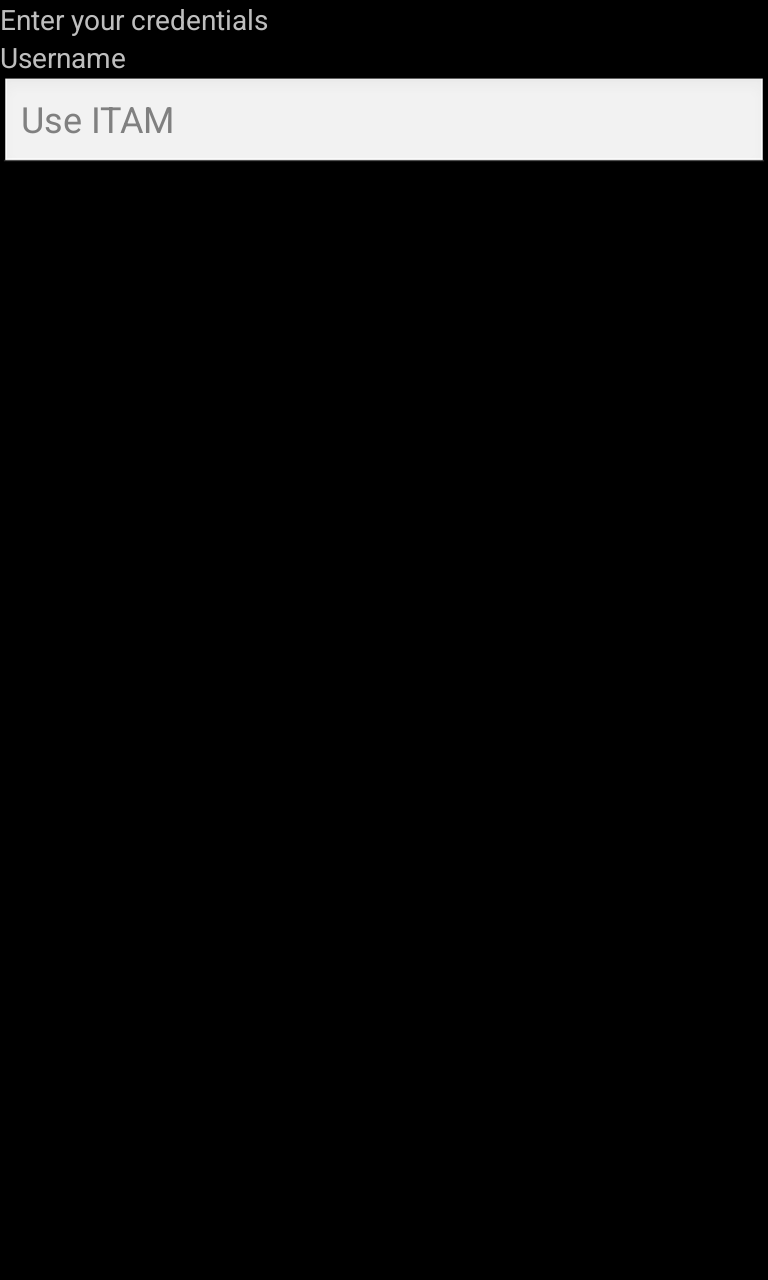
Repository: cogitovsmachina/Curso-Android-en-ITAM
Layout: SimpleLoginForm/res/layout/main.xml
An editor plug-in stored every save of this project. The layout is shown before and after the next save, followed by the edit.
It is drawn on a 768 x 1280 px phone screen (xhdpi) without system bars, with theme android:Theme; the app's code is not run.

Above is the layout before, as saved 2011-07-05 14:46:31.

After the next save:
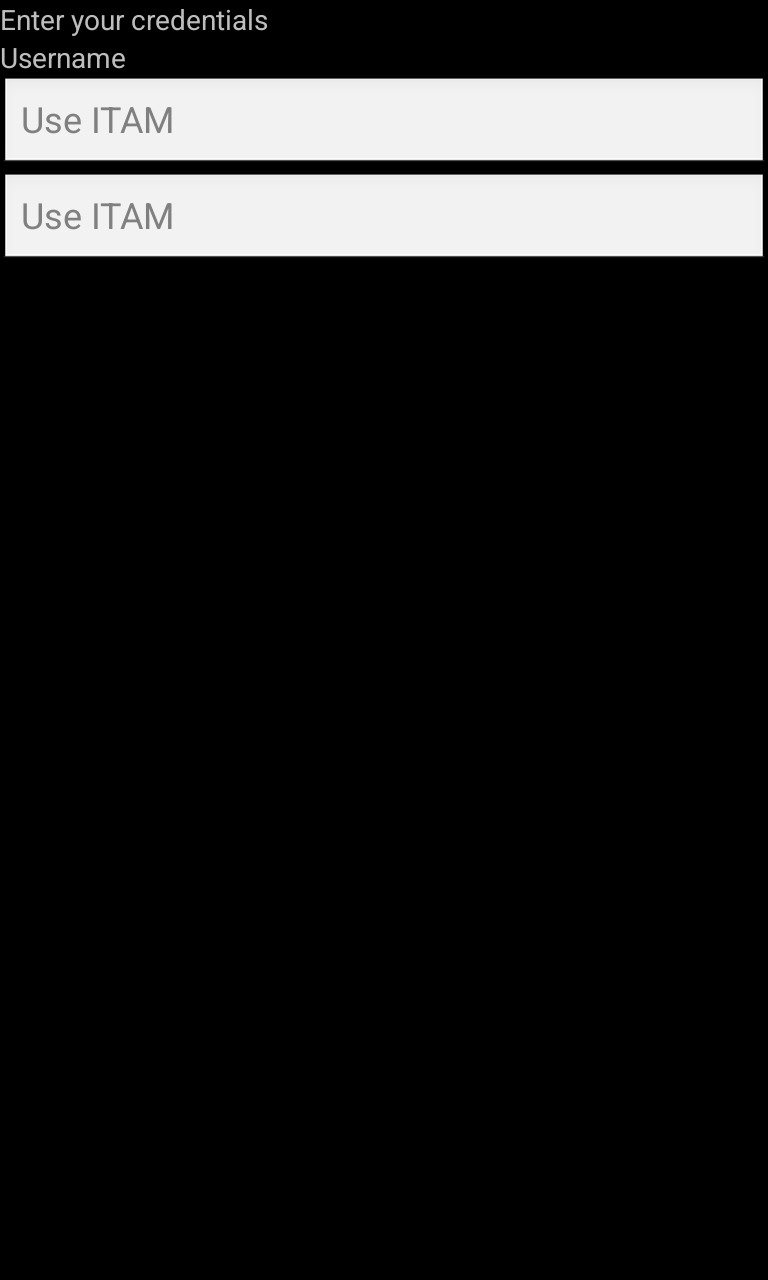
Saved 12 s later.
--- a/SimpleLoginForm/res/layout/main.xml
+++ b/SimpleLoginForm/res/layout/main.xml
@@ -20,4 +20,10 @@
     android:hint="Use ITAM"
     android:id="@+id/username"
     />
+<EditText
+    android:layout_width="fill_parent"
+    android:layout_height="wrap_content"
+    android:hint="Use ITAM"
+    android:id="@+id/username"
+    />
 </LinearLayout>

After the save that followed:
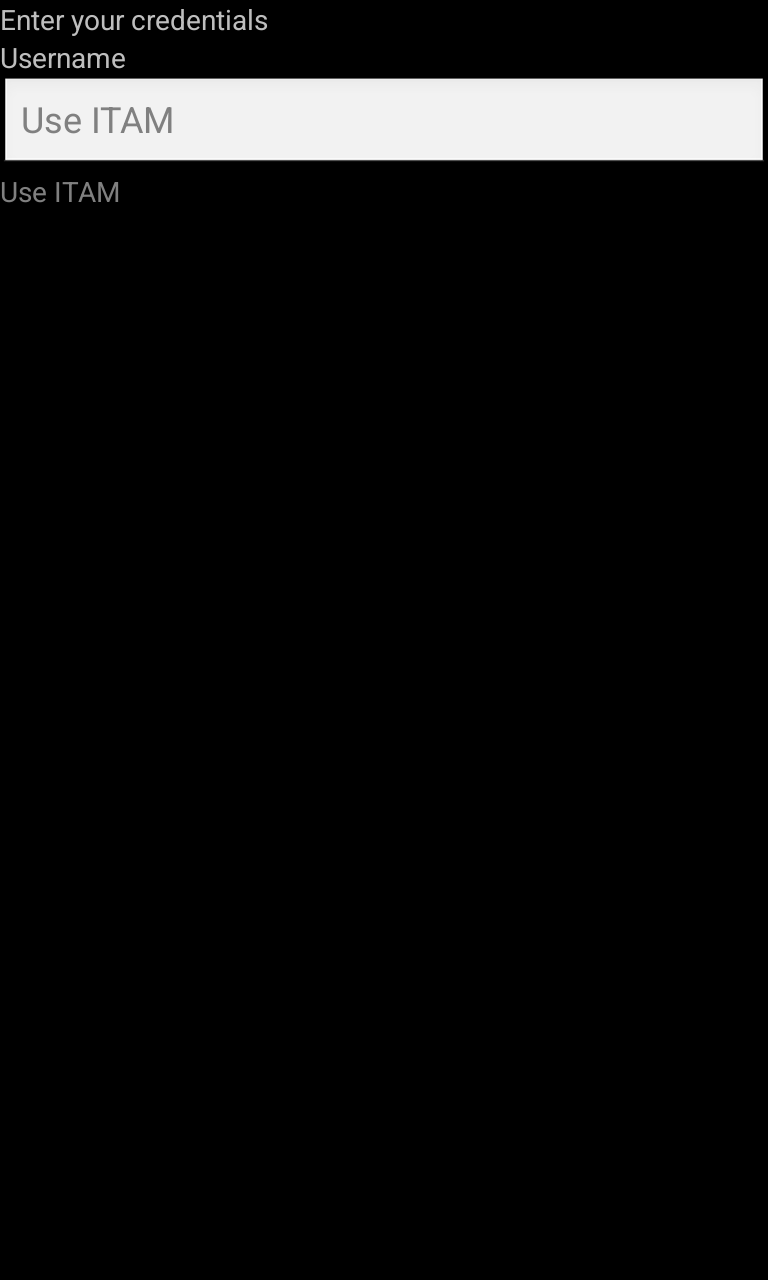
Saved 10 s later.
--- a/SimpleLoginForm/res/layout/main.xml
+++ b/SimpleLoginForm/res/layout/main.xml
@@ -20,7 +20,7 @@
     android:hint="Use ITAM"
     android:id="@+id/username"
     />
-<EditText
+<TextView
     android:layout_width="fill_parent"
     android:layout_height="wrap_content"
     android:hint="Use ITAM"
